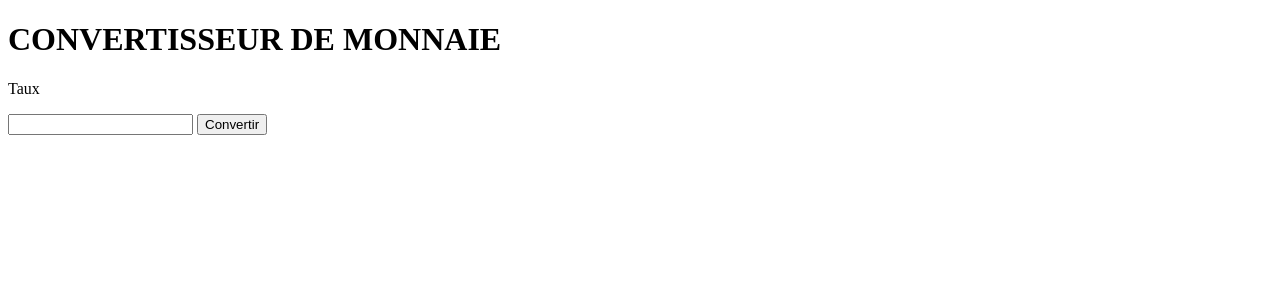
Repository: techmindconsulting/wordshiop-js
Page: index.html
These files come from the project's save history. The page is drawn as it stood at one moment and after the next save; the edit follows.
The browser window is 1280 px wide. The pictures show the whole page.

Above is the page before, as saved 2021-01-17 12:46:30.

### index.html
<!DOCTYPE html>
<html lang="en">
<head>
    <meta charset="UTF-8">
    <meta name="viewport" content="width=device-width, initial-scale=1.0">
    <title>Convertisseur</title>
    <script src="conversion.js"></script>
</head>
<body>
    <h1>CONVERTISSEUR DE MONNAIE</h1>
    <p>Taux </p>
    <input type="text" id="amount">
    <input type="button" value="Convertir">
</body>
</html>

Loaded but not shown: conversion.js (common file)

After the next save:
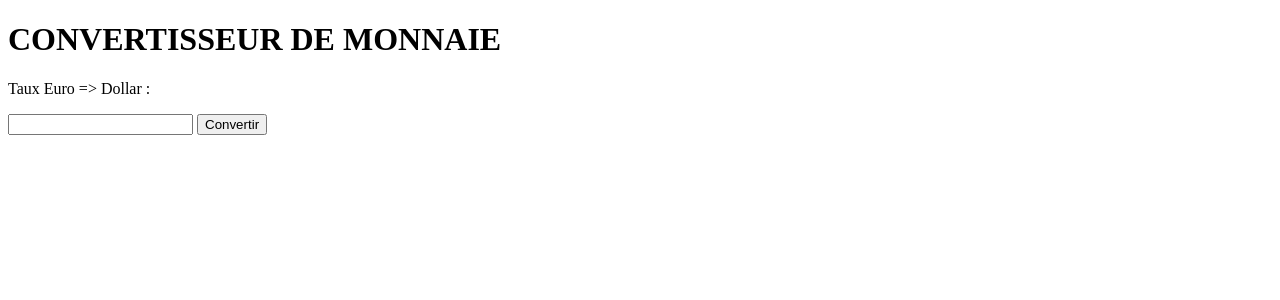
Saved 11 s later.
--- a/index.html
+++ b/index.html
@@ -8,7 +8,7 @@
 </head>
 <body>
     <h1>CONVERTISSEUR DE MONNAIE</h1>
-    <p>Taux </p>
+    <p>Taux Euro => Dollar : </p>
     <input type="text" id="amount">
     <input type="button" value="Convertir">
 </body>
